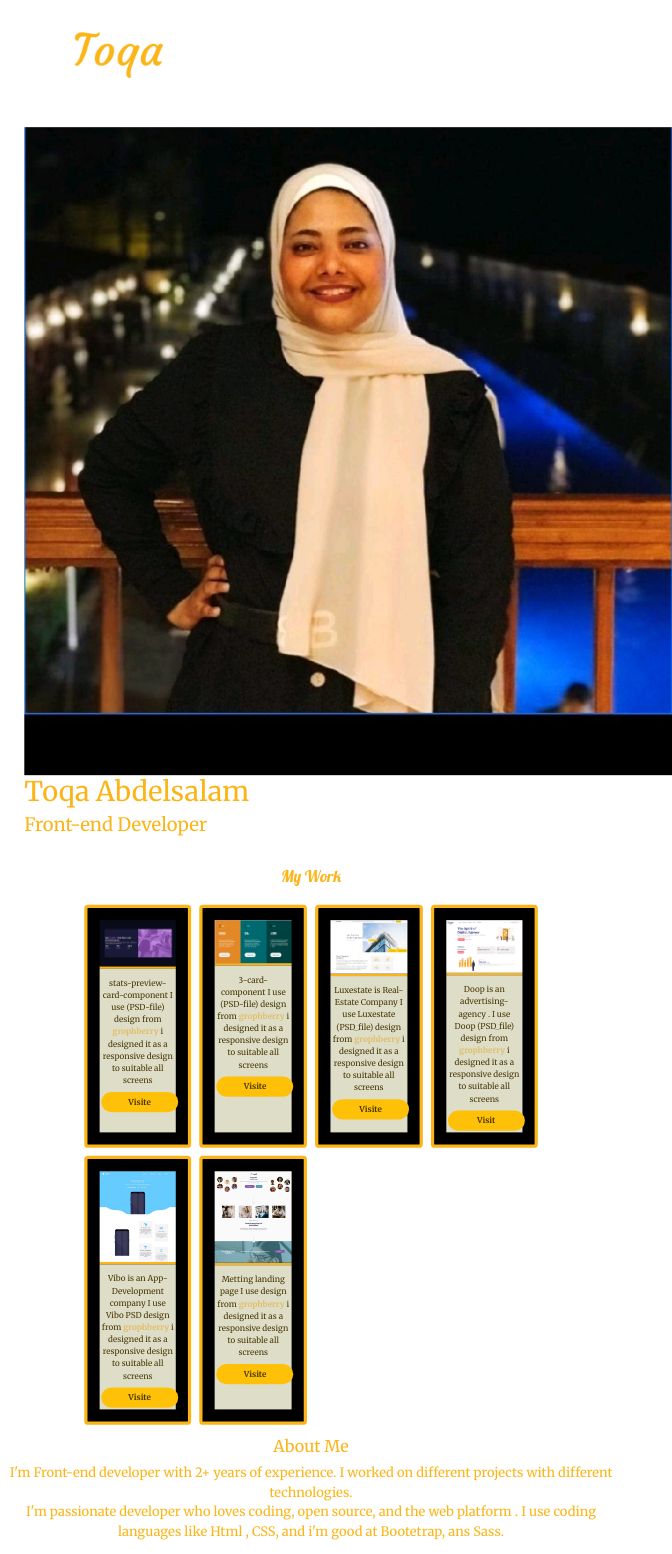
Repository: Toqa-25/portfolio
Page: index.html
The author's editor kept a copy of each file at every save. The page is drawn from the files as they stood at one save, then again after the next save.
The browser window is 768 px wide. The page is 830 px wide, then 768 px, so the pictures cover 830 px, including what lies to the right of the window. The pictures show the whole page, at 81% of full size.
Some web fonts or font styles are not loaded; a fallback is used.

Above is the page before, as saved 2021-10-31 15:56:03.

After the next save:
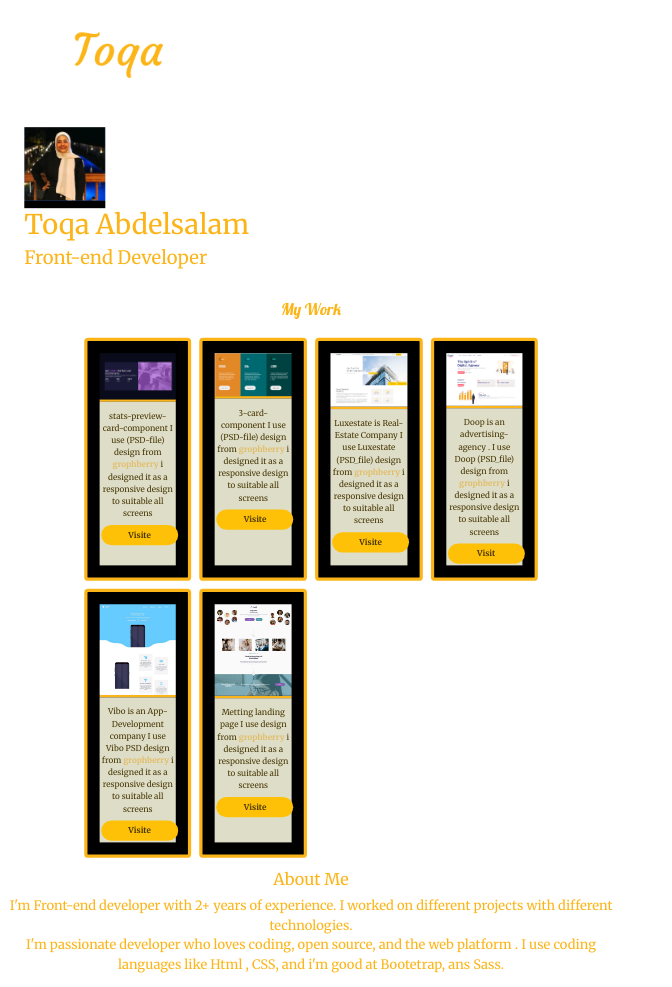
Saved 8 s later.
--- a/css/style.css
+++ b/css/style.css
@@ -77,7 +77,7 @@ body{
     font-size: 20px;
     line-height: 2rem;
   }
-  .quik img{
+  .main-inform img{
     width: 100px;
     height: 100px;
  }
